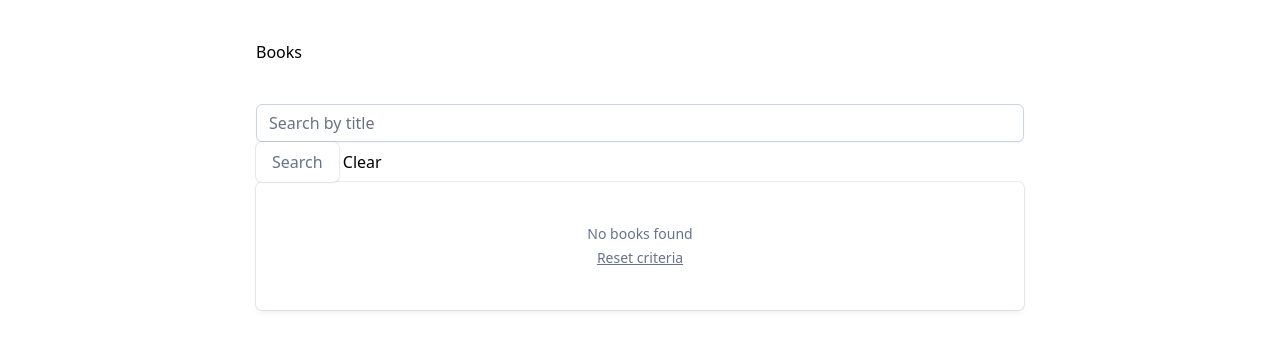
Repository: Haakim19/Laravel-Learn
Page: http://localhost/books
The author's editor kept a copy of each file at every save. The page is drawn from the files as they stood at one save, then again after the next save.
The browser window is 1280 px wide. The pictures show the whole page.
Some web libraries are served in a nearby version. The page is served by the project's Laravel application, run on PHP 8.4 with Laravel 12. Queries for data that is not in the repository find no rows.

Above is the page before, as saved 2025-02-06 01:12:38.

After the next save:
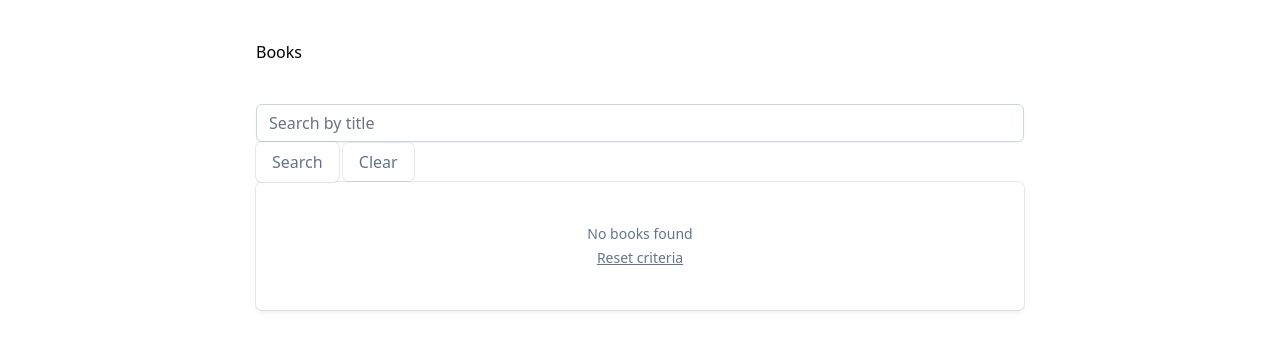
Saved 18 s later.
--- a/Book-Reviews/resources/views/books/index.blade.php
+++ b/Book-Reviews/resources/views/books/index.blade.php
@@ -7,7 +7,7 @@
         <input type="text" name="title" placeholder="Search by title"
         value="{{ request('title') }}" class="input">
         <button type="submit" class = "btn">Search</button>
-        <a href="{{ route('books.index') }}">Clear</a>
+        <a href="{{ route('books.index') }}" class="btn">Clear</a>
     </form>
     <ul>
         @forelse ($books as $book)
